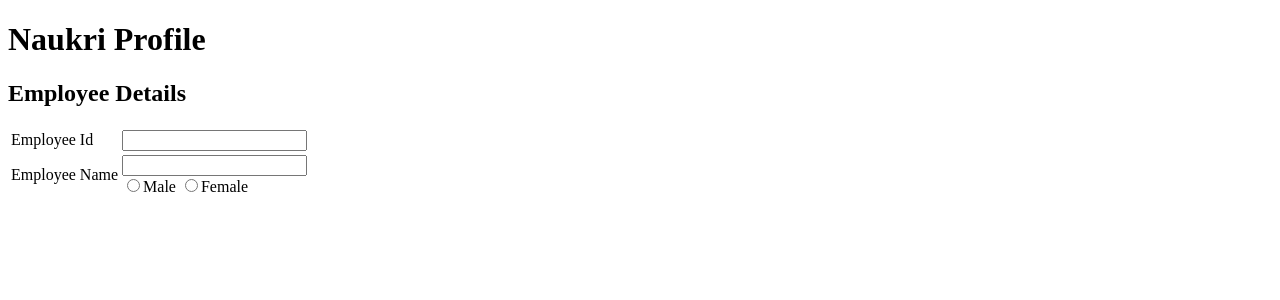
Repository: Ravikumarh6166/my-first-repo
Page: filterapp/src/main/webapp/registrationform.html
An editor plug-in stored every save of this project. The page is shown before and after the next save, followed by the edit.
The browser window is 1280 px wide. The pictures show the whole page.

Above is the page before, as saved 2022-08-30 06:49:42.

### filterapp/src/main/webapp/registrationform.html
<!DOCTYPE html>
<html>
<head>
<meta charset="UTF-8">
<title>Insert title here</title>
</head>
<body>
<h1>Naukri Profile</h1>
<h2>Employee Details</h2>
<form action="./reg" method="post">
<table>
<tr>
<td>Employee Id</td>
<td><input type="text" name="eid"></td>
</tr>

<tr>
<td>Employee Name</td>
<td><input type="text" name="ename"><br>
<input type="radio"  value="Male">Male
<input type="radio"  value="Female">Female
</td>
</tr>


</table>
</form>
</body>
</html>

After the next save:
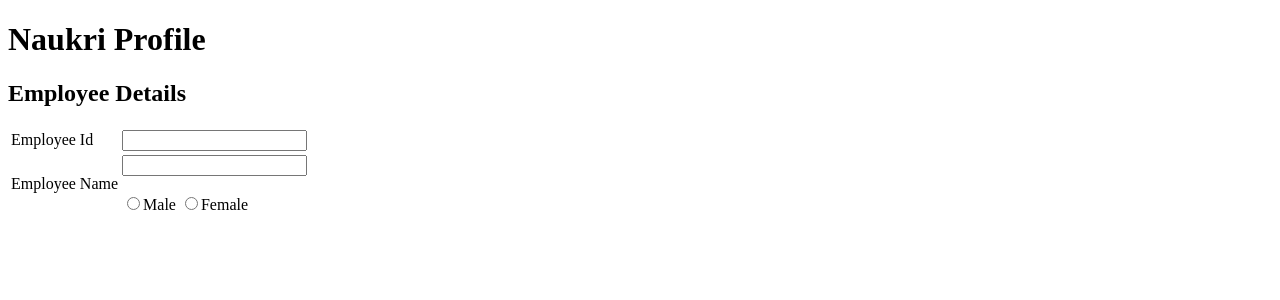
Saved 25 s later.
--- a/filterapp/src/main/webapp/registrationform.html
+++ b/filterapp/src/main/webapp/registrationform.html
@@ -16,7 +16,7 @@
 
 <tr>
 <td>Employee Name</td>
-<td><input type="text" name="ename"><br>
+<td><input type="text" name="ename"><br><br>
 <input type="radio"  value="Male">Male
 <input type="radio"  value="Female">Female
 </td>
